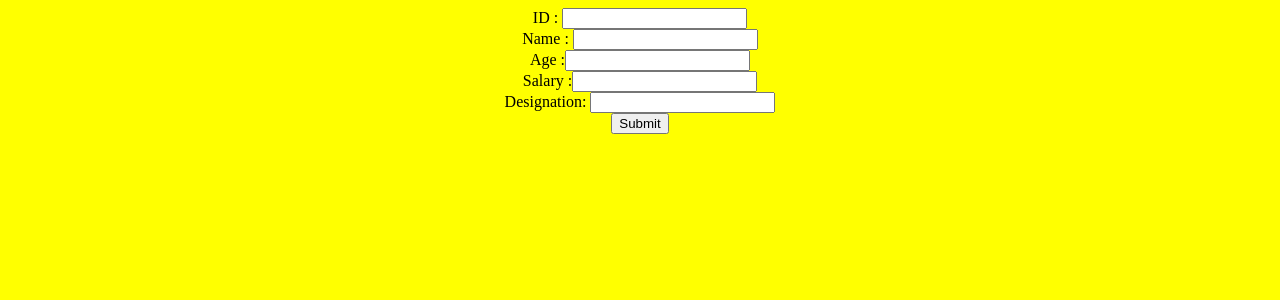
Repository: Thaneshwara848/JSP_Demo
Page: WebDemo1/src/main/webapp/Register.html
These files come from the project's save history. The page is drawn as it stood at one moment and after the next save; the edit follows.
The browser window is 1280 px wide. The pictures show the whole page.

Above is the page before, as saved 2022-08-05 16:58:32.

### WebDemo1/src/main/webapp/Register.html
<!DOCTYPE html>
<html>
<head>
<meta charset="UTF-8">
<title>Insert title here</title>
</head>
<body bgColor="yellow">

<Div style="text-align: center;">
	<form action="">

	ID : <input type="text" name="uid"><br>
	Name : <input type="text" name="uname"><br>
	Age :<input type="text" name="uage"><br>
	Salary  :<input type="text" name="usalary"><br>
	Designation: <input type="text" name="udesig"><br>

	<input type="Submit" >

	</form>
</Div>

</body>
</html>

After the next save:
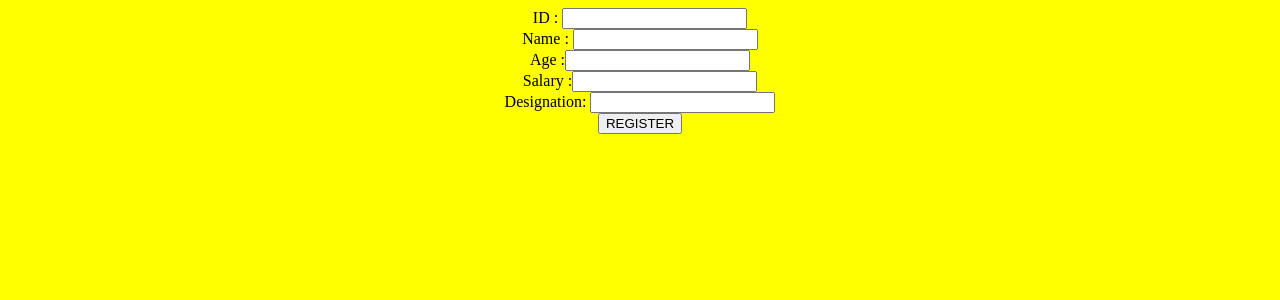
Saved 8 s later.
--- a/WebDemo1/src/main/webapp/Register.html
+++ b/WebDemo1/src/main/webapp/Register.html
@@ -15,7 +15,7 @@
 	Salary  :<input type="text" name="usalary"><br>
 	Designation: <input type="text" name="udesig"><br>
 
-	<input type="Submit" >
+	<input type="Submit" value="REGISTER">
 
 	</form>
 </Div>
